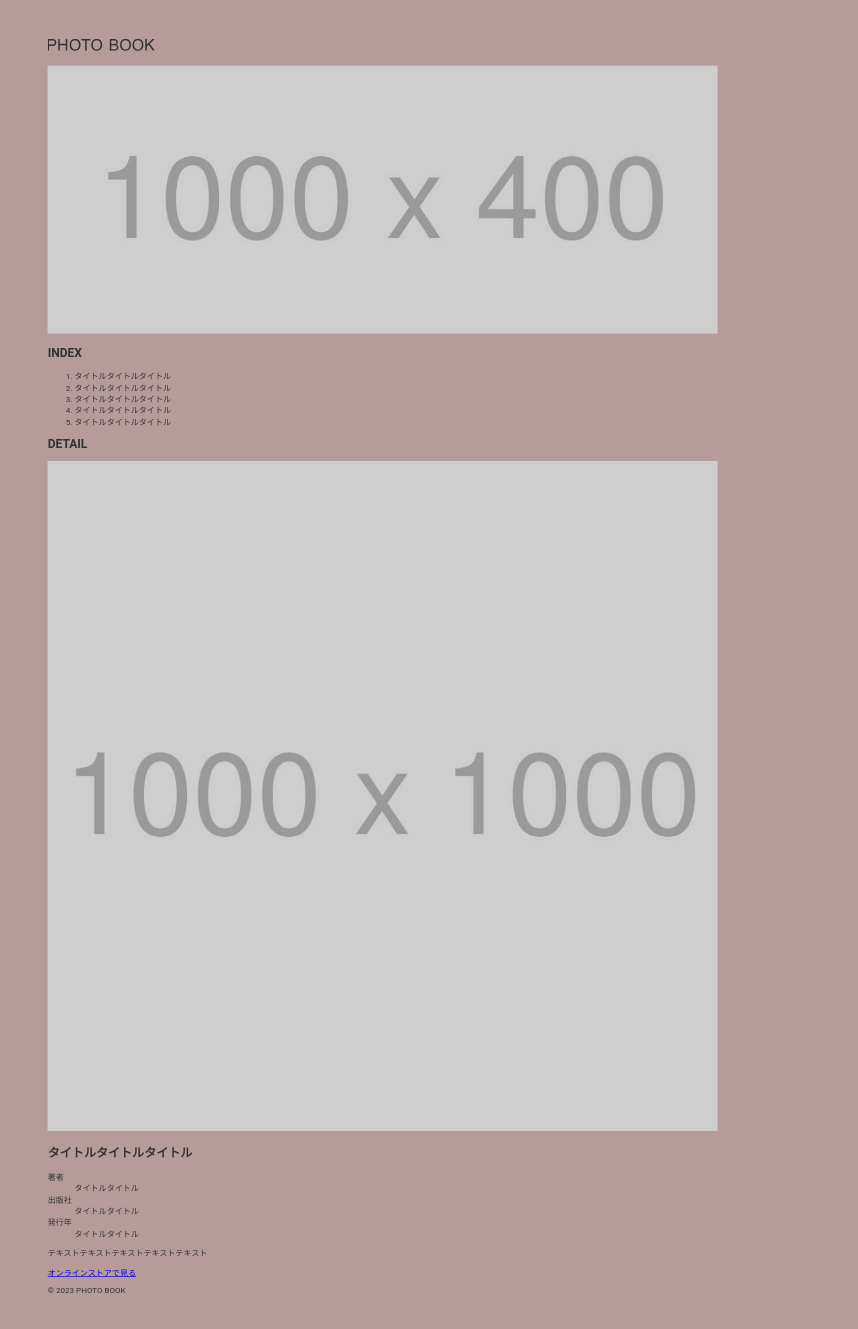
Repository: Fuki-san/photo-book-1
Page: http://localhost/photo
The author's editor kept a copy of each file at every save. The page is drawn from the files as they stood at one save, then again after the next save.
The browser window is 1280 px wide. The pictures show the whole page, at 67% of full size.
The page is served by the project's Laravel application, run on PHP 8.4 with Laravel 10.

Above is the page before, as saved 2023-11-28 15:59:22.

After the next save:
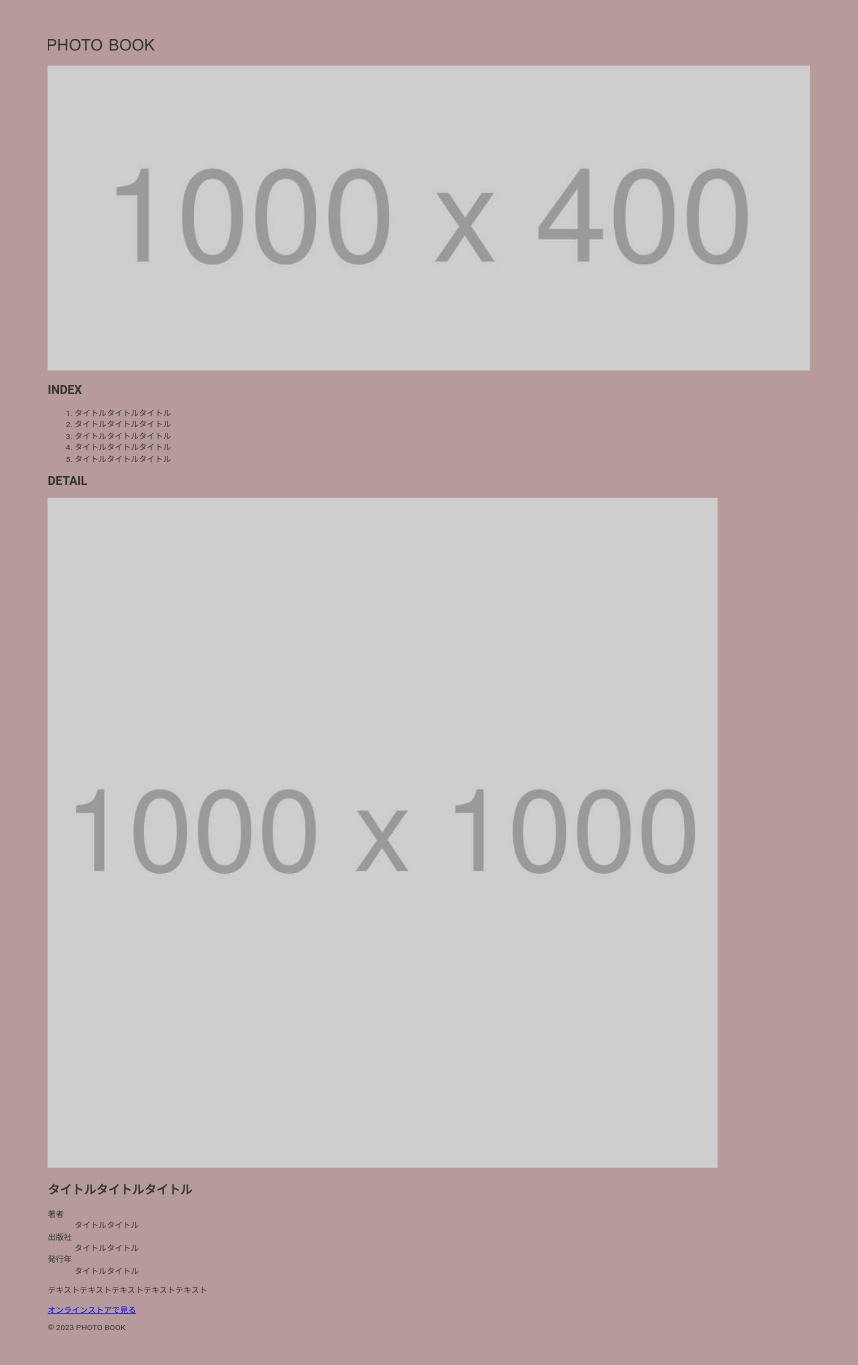
Saved 34 s later.
--- a/public/css/style.css
+++ b/public/css/style.css
@@ -32,7 +32,7 @@ body{
 }
 /* main */
 .mainvisual{
-    width: 1000px;
+
 }
 .mainvisual img{
     width: 100%;
